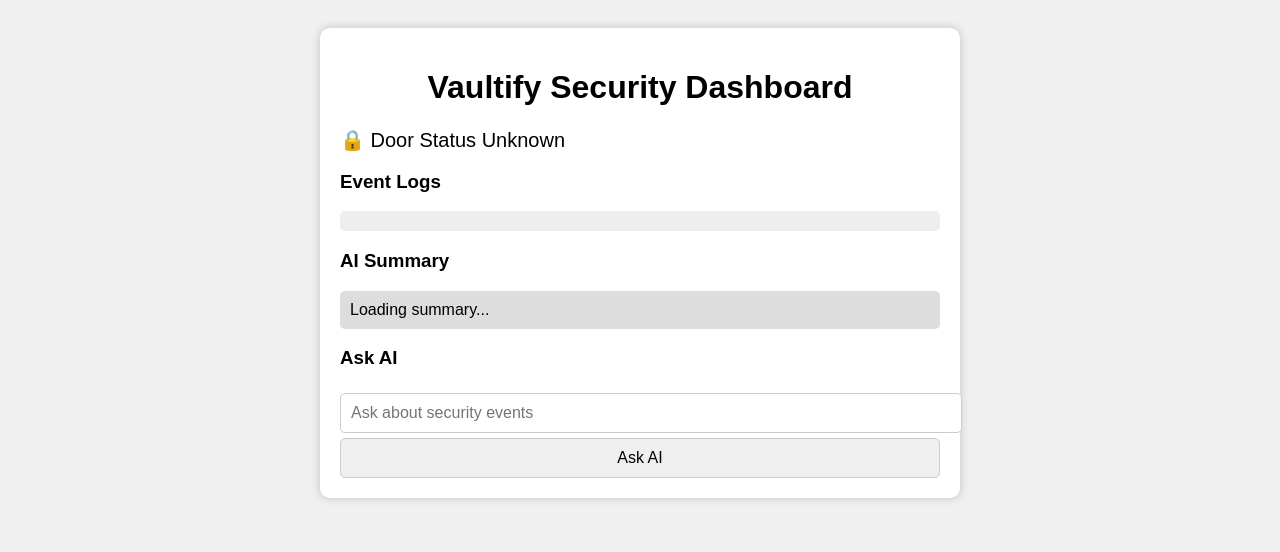
Repository: SH-Nihil-Mukkesh-25/Vaultify
Page: frontend.html
The author's editor kept a copy of each file at every save. The page is drawn from the files as they stood at one save, then again after the next save.
The browser window is 1280 px wide. The pictures show the whole page.
The page's requests for data from a server got no answer.

Above is the page before, as saved 2025-09-27 13:48:54.

After the next save:
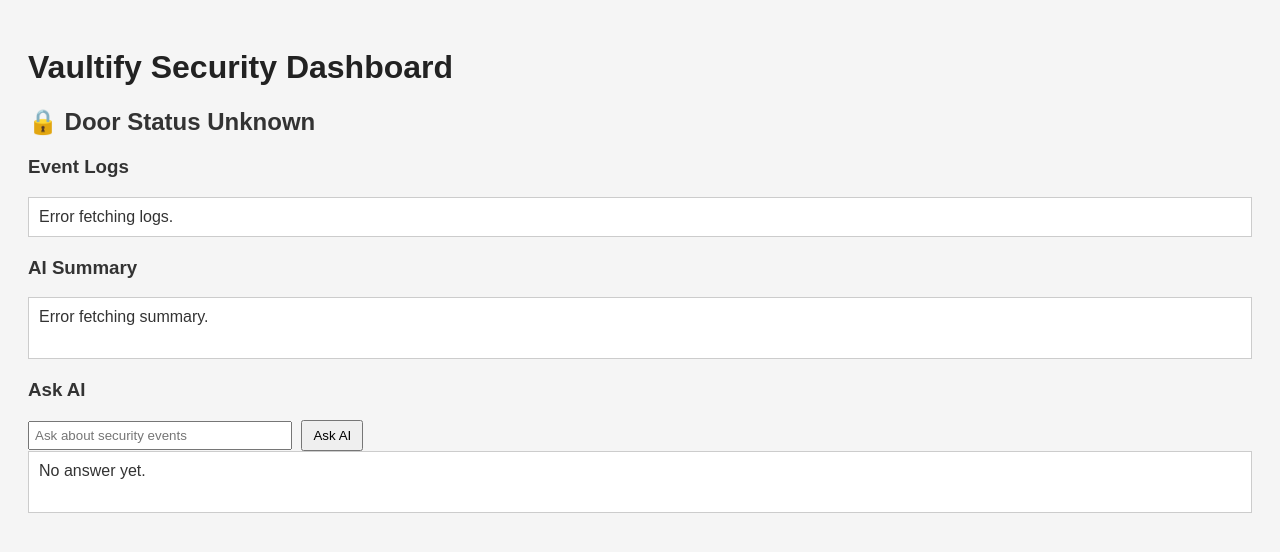
Saved 12 min 38 s later.
--- a/frontend.html
+++ b/frontend.html
@@ -1,78 +1,106 @@
 <!DOCTYPE html>
 <html lang="en">
 <head>
-<meta charset="UTF-8">
-<title>Vaultify Dashboard</title>
-<style>
-body { font-family: Arial; background:#f0f0f0; padding:20px; }
-h1 { text-align:center; }
-.dashboard { max-width:600px; margin:auto; background:white; padding:20px; border-radius:10px; box-shadow:0 0 10px rgba(0,0,0,0.2);}
-#door-status { font-size:20px; margin-bottom:10px; }
-#logs { max-height:200px; overflow:auto; background:#eee; padding:10px; border-radius:5px; margin-bottom:10px;}
-#ai-summary { background:#ddd; padding:10px; border-radius:5px; margin-bottom:10px;}
-input, button { padding:10px; font-size:16px; margin-top:5px; width:100%; border-radius:5px; border:1px solid #ccc; }
-</style>
+  <meta charset="UTF-8">
+  <title>Vaultify Security Dashboard</title>
+  <style>
+    body {
+      font-family: Arial, sans-serif;
+      padding: 20px;
+      background: #f5f5f5;
+      color: #333;
+    }
+    h1 { color: #222; }
+    h2, h3 { margin-top: 20px; }
+    #logs { max-height: 300px; overflow-y: auto; background: #fff; border: 1px solid #ccc; padding: 10px; }
+    .log { padding: 5px; border-bottom: 1px solid #eee; }
+    .motion_alert { color: red; font-weight: bold; }
+    .door_unlocked { color: green; font-weight: bold; }
+    .door_autolock { color: orange; font-weight: bold; }
+    .rfid_invalid { color: darkred; font-weight: bold; }
+    #ai-summary, #ai-answer { background: #fff; padding: 10px; border: 1px solid #ccc; min-height: 40px; }
+    input { padding: 5px; width: 250px; }
+    button { padding: 6px 10px; margin-left: 5px; cursor: pointer; }
+  </style>
 </head>
 <body>
-<div class="dashboard">
-<h1>Vaultify Security Dashboard</h1>
+  <h1>Vaultify Security Dashboard</h1>
+  <h2 id="door-status">🔒 Door Status Unknown</h2>
 
-<div id="door-status">🔒 Door Status Unknown</div>
+  <h3>Event Logs</h3>
+  <div id="logs">Loading logs...</div>
 
-<h3>Event Logs</h3>
-<div id="logs"></div>
+  <h3>AI Summary</h3>
+  <div id="ai-summary">Loading summary...</div>
 
-<h3>AI Summary</h3>
-<div id="ai-summary">Loading summary...</div>
+  <h3>Ask AI</h3>
+  <input type="text" id="ai-question" placeholder="Ask about security events"/>
+  <button onclick="askAI()">Ask AI</button>
+  <div id="ai-answer">No answer yet.</div>
 
-<h3>Ask AI</h3>
-<input type="text" id="user-question" placeholder="Ask about security events"/>
-<button onclick="askAI()">Ask AI</button>
-<div id="ai-answer"></div>
-</div>
+  <script>
+    const logsDiv = document.getElementById("logs");
+    const summaryDiv = document.getElementById("ai-summary");
+    const doorStatusDiv = document.getElementById("door-status");
+    const aiAnswerDiv = document.getElementById("ai-answer");
 
-<script>
-async function fetchLogs(){
-    try {
-        const res = await fetch("/api/logs");
+    async function fetchLogs() {
+      try {
+        const res = await fetch("http://localhost:8000/api/logs");
         const data = await res.json();
-        const logsDiv = document.getElementById("logs");
-        logsDiv.innerHTML = "";
-        data.forEach(l=>{
-            logsDiv.innerHTML += `<div>${l}</div>`;
-        });
-    } catch(e){
-        console.error(e);
+        if (!data || data.length === 0) {
+          logsDiv.innerHTML = "No logs available yet.";
+          doorStatusDiv.innerText = "🔒 Door Status Unknown";
+          return;
+        }
+
+        // Display logs
+        logsDiv.innerHTML = data.slice().reverse().map(log => {
+          let cls = log.event.replace(/\s+/g, "_");
+          return `<div class="log ${cls}"><strong>${log.event}</strong>: ${log.detail}</div>`;
+        }).join("");
+
+        // Update door status
+        const lastDoorEvent = data.slice().reverse().find(e => e.event.includes("door"));
+        doorStatusDiv.innerText = lastDoorEvent ? `🔑 ${lastDoorEvent.detail}` : "🔒 Door Status Unknown";
+
+      } catch (err) {
+        console.error(err);
+        logsDiv.innerHTML = "Error fetching logs.";
+      }
     }
-}
 
-async function fetchSummary(){
-    try {
-        const res = await fetch("/api/summary");
+    async function fetchSummary() {
+      try {
+        const res = await fetch("http://localhost:8000/api/summary");
         const data = await res.json();
-        document.getElementById("ai-summary").innerText = data.summary;
-    } catch(e){
-        console.error(e);
+        summaryDiv.innerText = data.answer || "No summary available yet.";
+      } catch (err) {
+        console.error(err);
+        summaryDiv.innerText = "Error fetching summary.";
+      }
     }
-}
 
-async function askAI(){
-    const q = document.getElementById("user-question").value;
-    if(!q) return;
-    try{
-        const res = await fetch(`/api/ask?q=${encodeURIComponent(q)}`);
+    async function askAI() {
+      const question = document.getElementById("ai-question").value;
+      if (!question) return;
+      try {
+        const res = await fetch(`http://localhost:8000/api/ask?question=${encodeURIComponent(question)}`);
         const data = await res.json();
-        document.getElementById("ai-answer").innerText = data.answer;
-    } catch(e){
-        console.error(e);
+        aiAnswerDiv.innerText = data.answer || "No answer yet.";
+      } catch (err) {
+        console.error(err);
+        aiAnswerDiv.innerText = "Error getting AI response.";
+      }
     }
-}
 
-// Refresh every 5 seconds
-setInterval(fetchLogs,5000);
-setInterval(fetchSummary,15000);
-fetchLogs();
-fetchSummary();
-</script>
+    // Auto-refresh logs every 5s, summary every 10s
+    setInterval(fetchLogs, 5000);
+    setInterval(fetchSummary, 10000);
+
+    // Initial fetch
+    fetchLogs();
+    fetchSummary();
+  </script>
 </body>
 </html>
